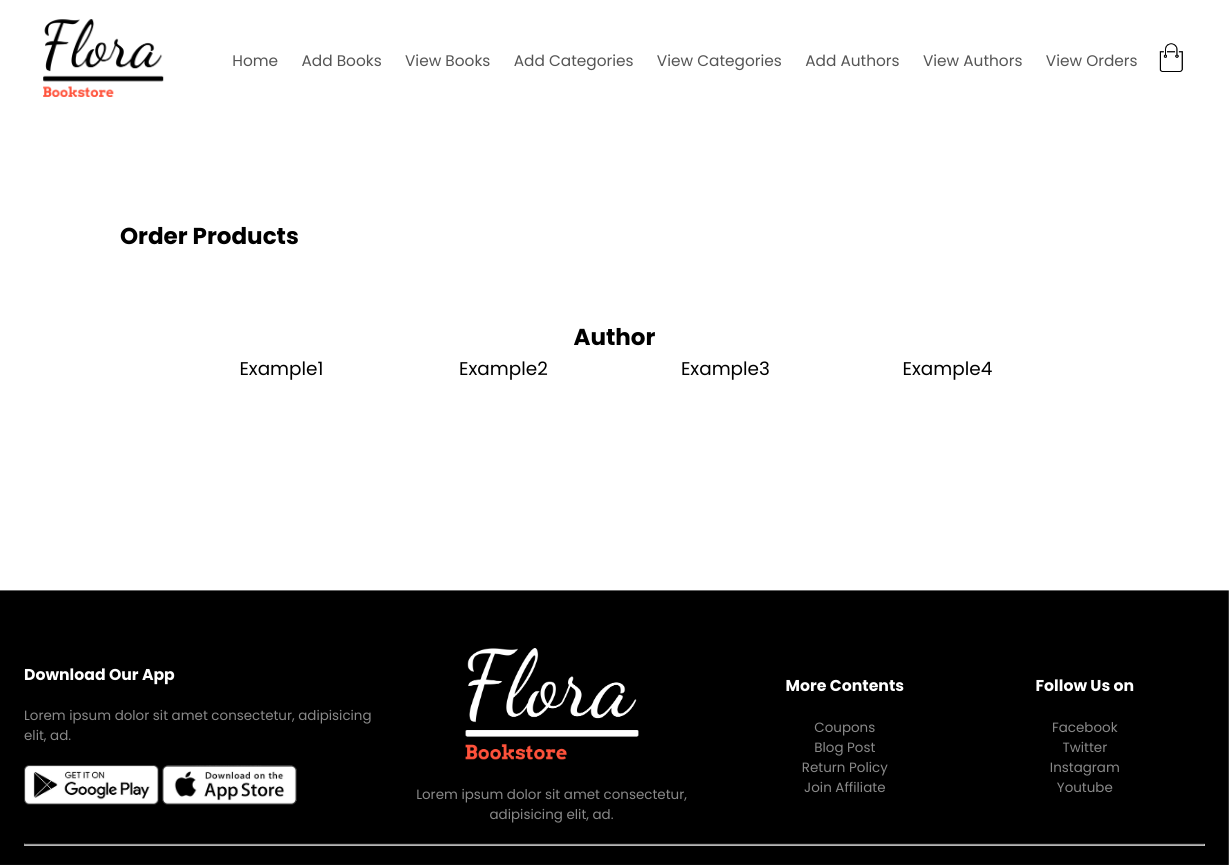
Repository: Uncaught-TypeError/Book-Store-System
Page: http://localhost/detailorder
These files come from the project's save history. The page is drawn as it stood at one moment and after the next save; the edit follows.
The browser window is 1280 px wide. The pictures show the whole page, at 96% of full size.
Some web libraries are served in a nearby version. The page is this project's Thymeleaf template; nobody is signed in. The template is opened directly, without the code that normally fills it, so the values that code supplies are empty.

Above is the page before, as saved 2022-12-30 17:00:02.

After the next save:
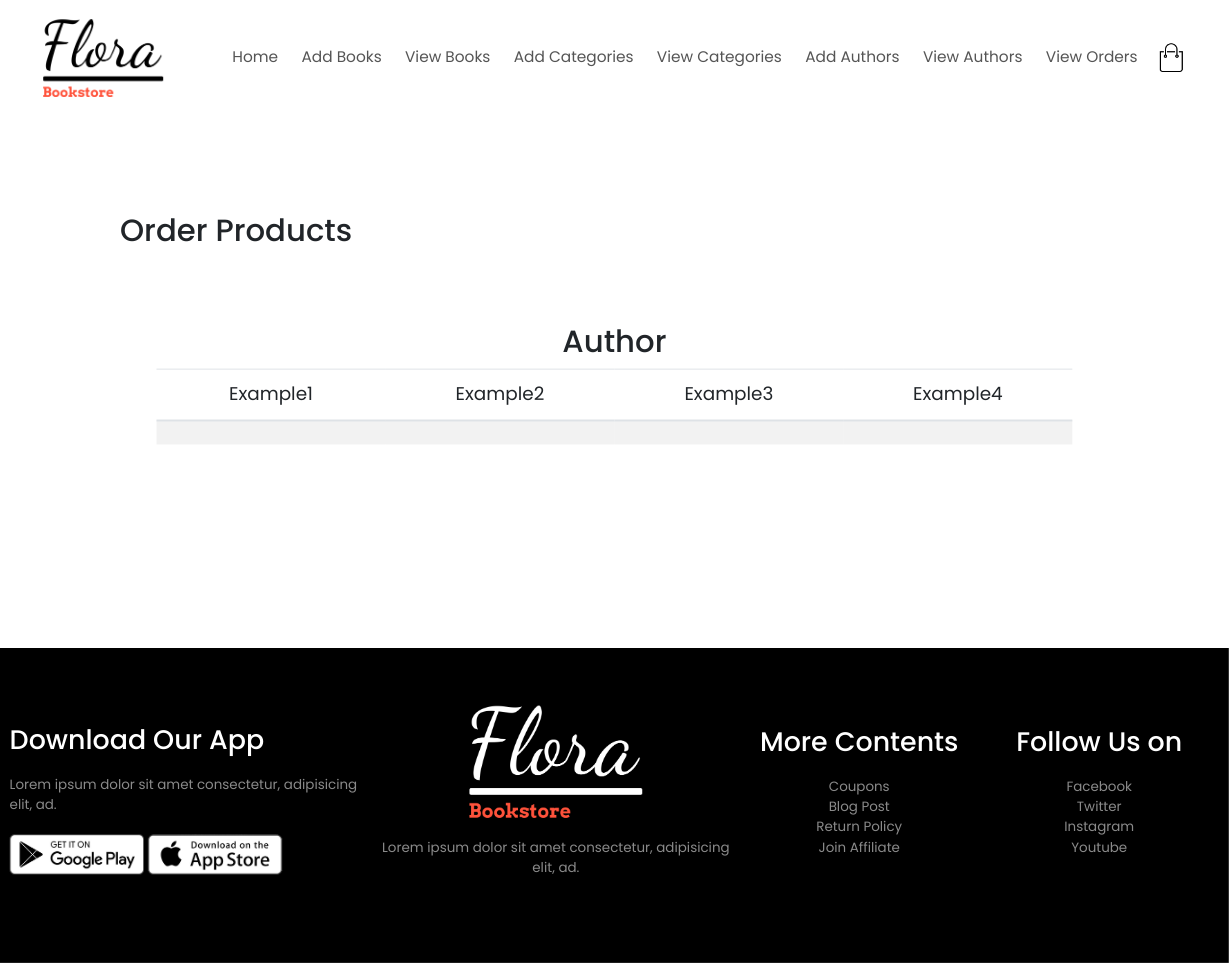
Saved 72 s later.
--- a/Thymeleaf_Projects_Book_Store/src/main/resources/templates/detailorder.html
+++ b/Thymeleaf_Projects_Book_Store/src/main/resources/templates/detailorder.html
@@ -8,6 +8,7 @@
     <link rel="preconnect" href="https://fonts.gstatic.com" crossorigin>
     <link href="https://fonts.googleapis.com/css2?family=Poppins:wght@300;400;500;600;700&display=swap" rel="stylesheet">
     <script src="https://kit.fontawesome.com/a96c5020c6.js" crossorigin="anonymous"></script>
+    <link rel="stylesheet" href="https://cdn.jsdelivr.net/npm/bootstrap@4.0.0/dist/css/bootstrap.min.css" integrity="sha384-Gn5384xqQ1aoWXA+058RXPxPg6fy4IWvTNh0E263XmFcJlSAwiGgFAW/dAiS6JXm" crossorigin="anonymous">
     <link rel="stylesheet" href="../style.css">
     <title>Order Detail Page</title>
 </head>
